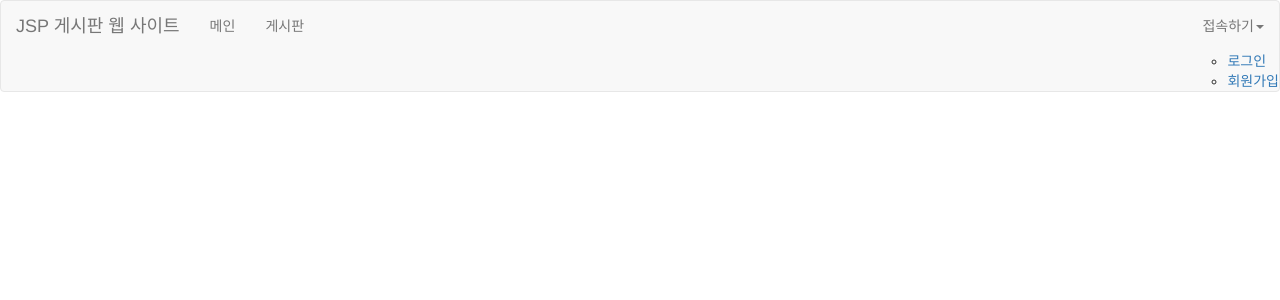
Repository: chyun94/JSP-
Page: http://localhost/BBS/login.jsp
These files come from the project's save history. The page is drawn as it stood at one moment and after the next save; the edit follows.
The browser window is 1280 px wide. The pictures show the whole page.
Some web libraries are served in a nearby version. The page is served by Tomcat 9. Other server files are loaded and not shown.

Above is the page before, as saved 2021-05-07 10:59:58.

### BBS/WebContent/login.jsp
<%@ page language="java" contentType="text/html; charset=UTF-8"
	pageEncoding="UTF-8"%>
<!DOCTYPE html>
<html>
<head>
<meta http-equiv="Content-Type" content="text/html; charset="UTF-8">
<!-- 아래 메타 태그는 디바이스마다 크기를 설정하기 위해서 작한한 메타 태그 -->
<meta name="viewport" content="width=device-width" , initial-scale="1">
<link rel="stylesheet" href="css/bootstrap.css">

<title>JSP 게시판 웹 사이트</title>
</head>
<body>
	<nav class="navbar navbar-default">
	<div class="navbar-header">
		<button type="button" class="navbar-toggle collapsed"
			data-toggle="collapse" data-target="#bs-example-navbar-collapse-1"
			aria-expanded="false">

			<span class="icon-bar"></span>
			<span class="icon-bar"></span>
			<span class="icon-bar"></span>

		</button>
		<a class="navbar-brand" href="main.jsp">JSP 게시판 웹 사이트</a>
	</div>
	<div class="collapse navbar-collapse" id="bs-example-navbar-collapse-1">
		<ul class="nav navbar-nav">
			<li><a href="main.jsp">메인</a></li>
			<li><a href="bbs.jsp">게시판</a></li>
		</ul>

		<ul class="nav navbar-nav navbar-right">
			<li class="dropdown">
				<a href="#" class="dropdown-toggle"
				data-toggle="dropdown" role="button" aria-haspopup="true"
				aria-expanded="false">접속하기<span class="caret"></span></a>

				<ul>
					<li class="active"><a href="login.jsp">로그인</a></li>
					<li><a href="join.jsp">회원가입</a></li>
				</ul>

			</li>
		</ul>
	</div>
	</nav>
	<div class="container">

	</div>
	<script src="https://code.jquery.com/jquery-3.1.1.min.js"></script>
	<script src="js/bootstrap.js"></script>

</body>
</html>

Loaded but not shown: BBS/WebContent/css/bootstrap.css (library); BBS/WebContent/js/bootstrap.js (library)

After the next save:
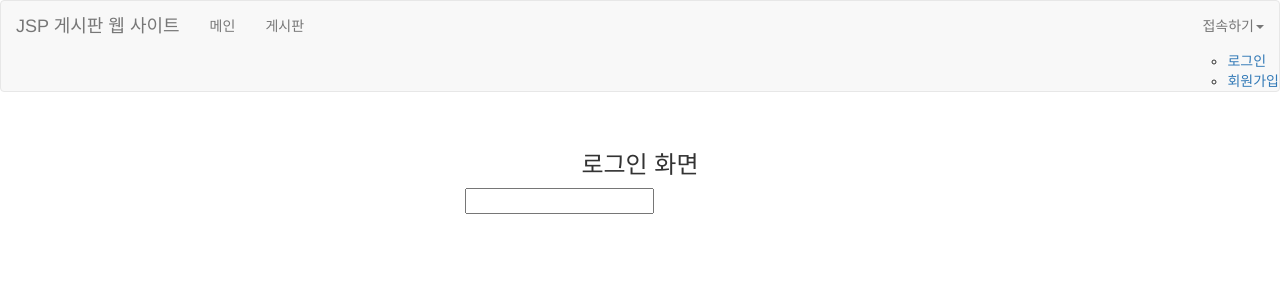
Saved 3 min 23 s later.
--- a/BBS/WebContent/login.jsp
+++ b/BBS/WebContent/login.jsp
@@ -46,7 +46,15 @@
 	</div>
 	</nav>
 	<div class="container">
-
+		<div class="col-lg-4"></div>
+		<div class="col-lg-4">
+			<div class="jumbortron" style="padding-top:  20px;">
+				<h3 style="text-align: center;">로그인 화면</h3>
+				<div class="form-group">
+					<input type="text" class="form-control="아이디" name="userID" maxlength="20">
+				</div>
+			</div>
+		</div>
 	</div>
 	<script src="https://code.jquery.com/jquery-3.1.1.min.js"></script>
 	<script src="js/bootstrap.js"></script>
